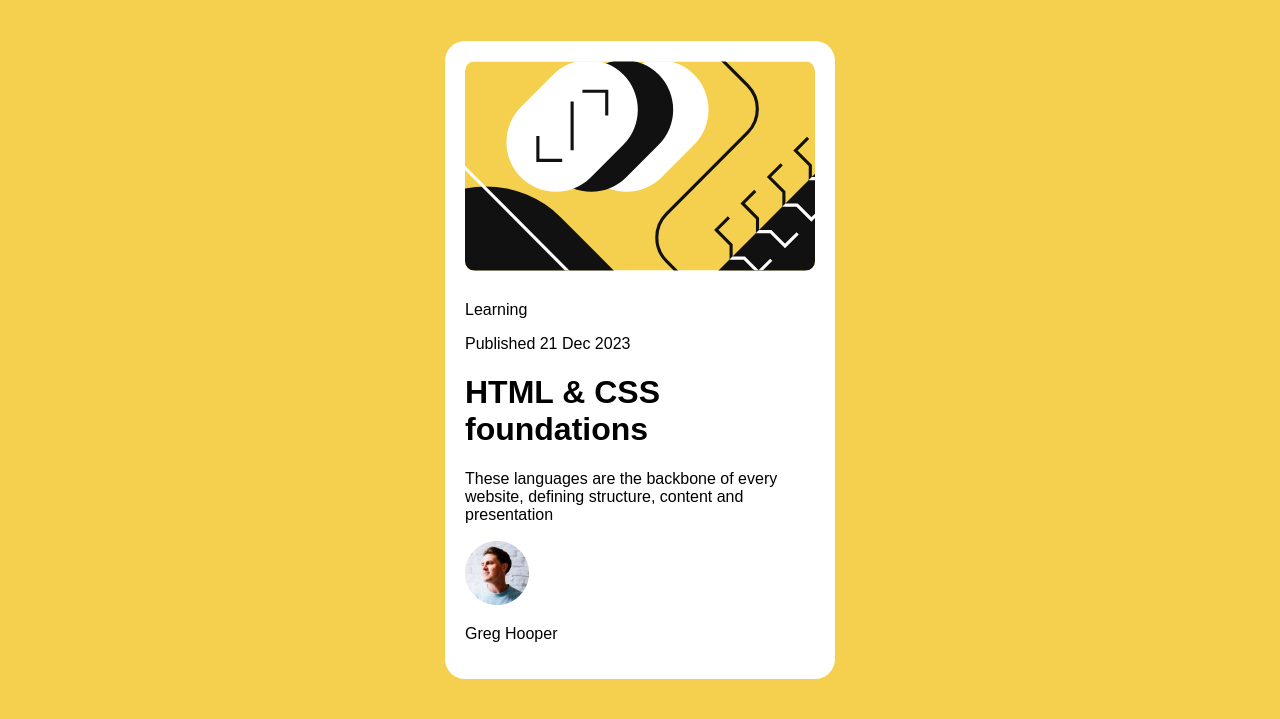
Repository: brandontaylor1/blogpreviewcard
Page: index.html
The author's editor kept a copy of each file at every save. The page is drawn from the files as they stood at one save, then again after the next save.
The browser window is 1280 px wide. The pictures show the whole page.

Above is the page before, as saved 2024-12-25 10:59:55.

### index.html
<!DOCTYPE html>
<html lang="en">
<head>
    <meta charset="UTF-8">
    <meta name="viewport" content="width=device-width, initial-scale=1.0">
    <link rel="stylesheet" href="./index.css">
    <title>HTML & CSS Foundations</title>
</head>
<body>
    <main class="container">
        <div class="img-container">
            <img src="./images/illustration-article.svg" class="heading-img" alt="">
        </div>
        <div class="card-content">
            <p>Learning</p>
            <p>Published 21 Dec 2023</p>
            <h1>HTML & CSS foundations</h1>
            <p>These languages are the backbone of every website, defining structure, content and presentation</p>
        </div>
        <div class="user-footer">
            <img src="./images/image-avatar.webp" alt="person-image">
            <p>Greg Hooper</p>
        </div>
    </main>

    <script src="index.js"></script>
</body>
</html>

### index.css
:root {
    /* COLORS */
    --primary-yellow: hsl(47, 88%, 63%);
    --primary-white: hsl(0, 0%, 100%);
    --primary-gray-reg: hsl(0, 0%, 42%);
    --primary-gray-bold: hsl(0, 0%, 7%);

    --main-font-size: 16px;

    --main-font-family: 'Figtree', sans-serif;
    --main-font-weight-reg: 500;
    --main-font-weight-bold: 800;
}


body {
    box-sizing: border-box;
    margin: 0;
    padding: 0;
    height: 100vh;
    font-family: var(--main-font-family);
    display: flex;
    align-items: center;
    justify-content: center;
    background-color: var(--primary-yellow);
}

.container {
    max-width: 1440px;
    margin: 0 auto;
    padding: 0 20px;
    background-color: var(--primary-white);
    width: 350px;
    padding: 20px;
    border-radius: 20px;
    b
}

.heading-img {
    width: 100%;
    margin-bottom: 10px;
    border-radius: 10px;
}

Loaded but not shown: index.js (no stored copy; drawn as an empty file)

After the next save:
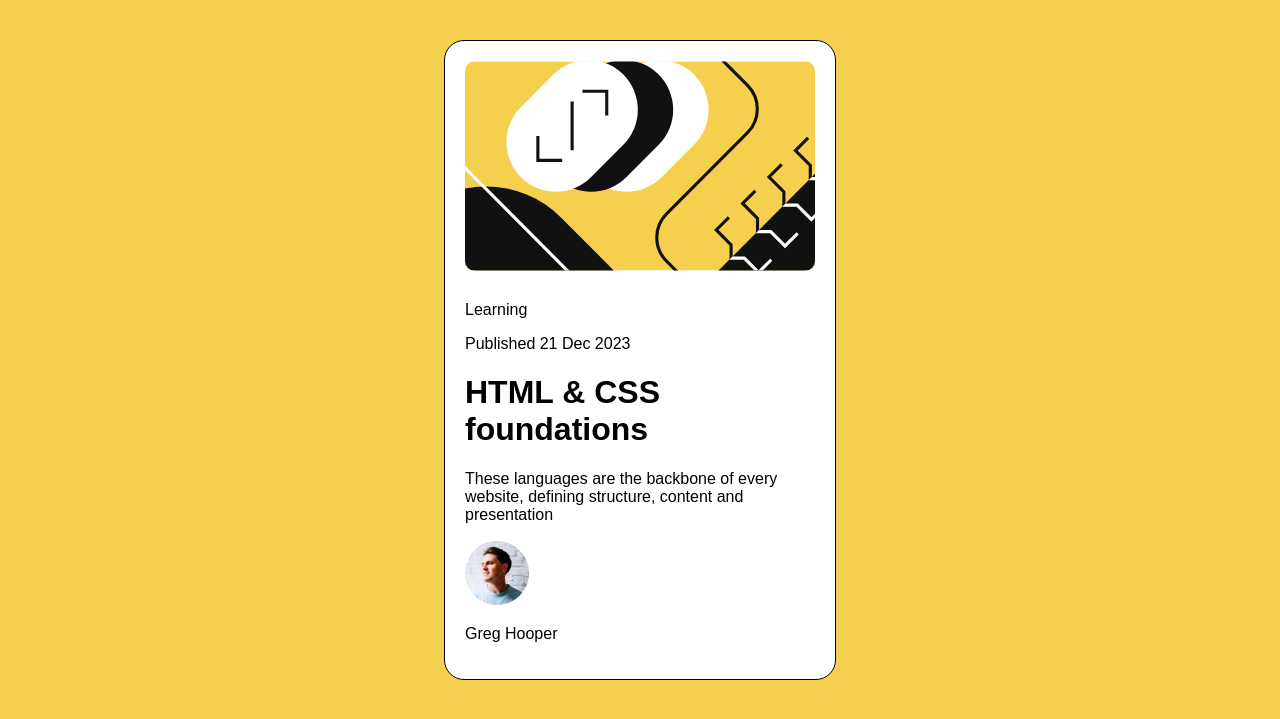
Saved 4 s later.
--- a/index.css
+++ b/index.css
@@ -33,7 +33,7 @@ body {
     width: 350px;
     padding: 20px;
     border-radius: 20px;
-    b
+    border: 1px solid black;
 }
 
 .heading-img {
